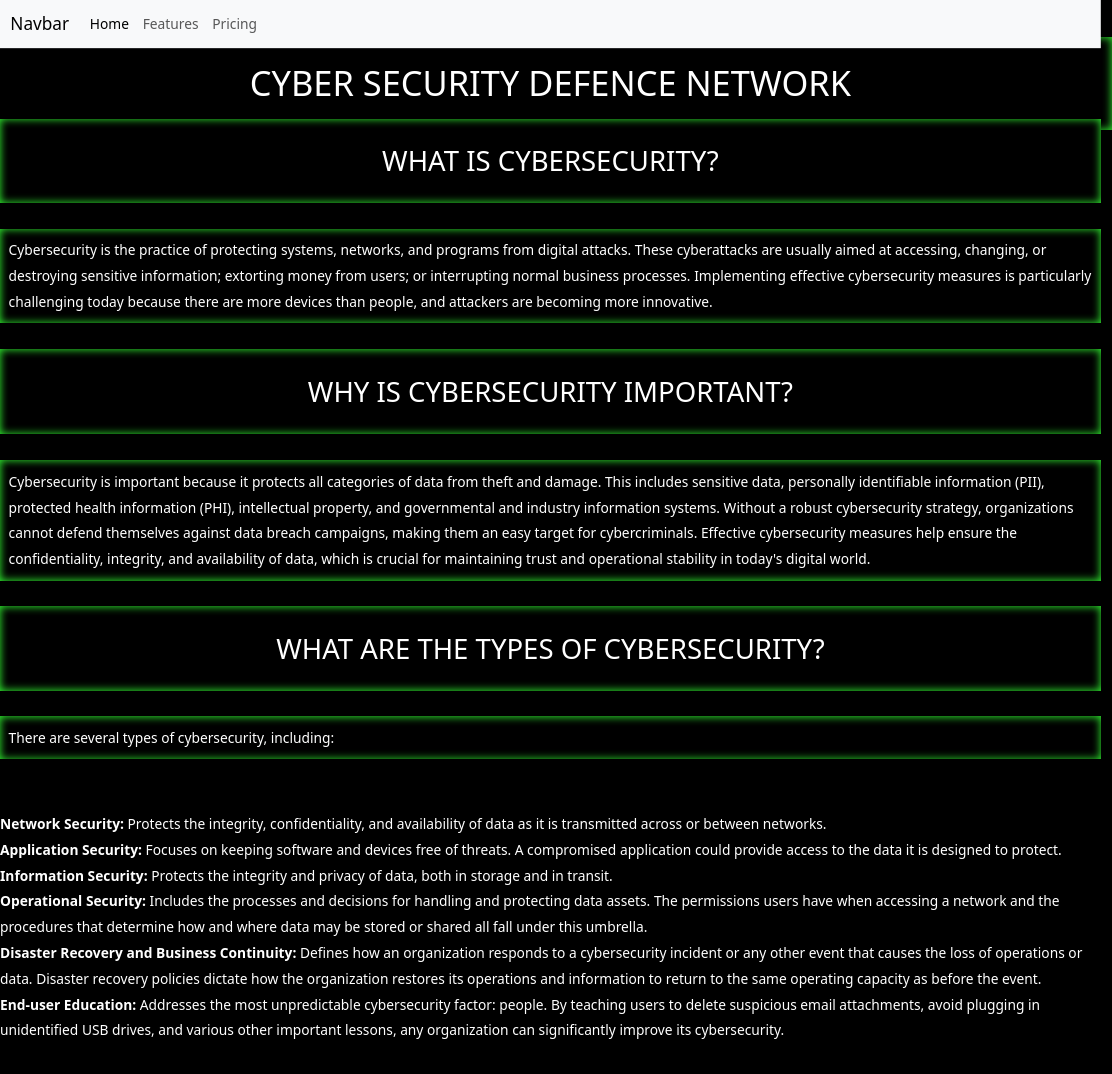
Repository: newworldhost/nwh
Page: index.html
An editor plug-in stored every save of this project. The page is shown before and after a run of saves, followed by the edit.
The browser window is 1280 px wide. The page is 1293 px wide, so the pictures cover 1293 px, including what lies to the right of the window. The pictures show the whole page, at 86% of full size.

Above is the page before, as saved 2025-03-04 16:08:42.

After the next 4 saves:
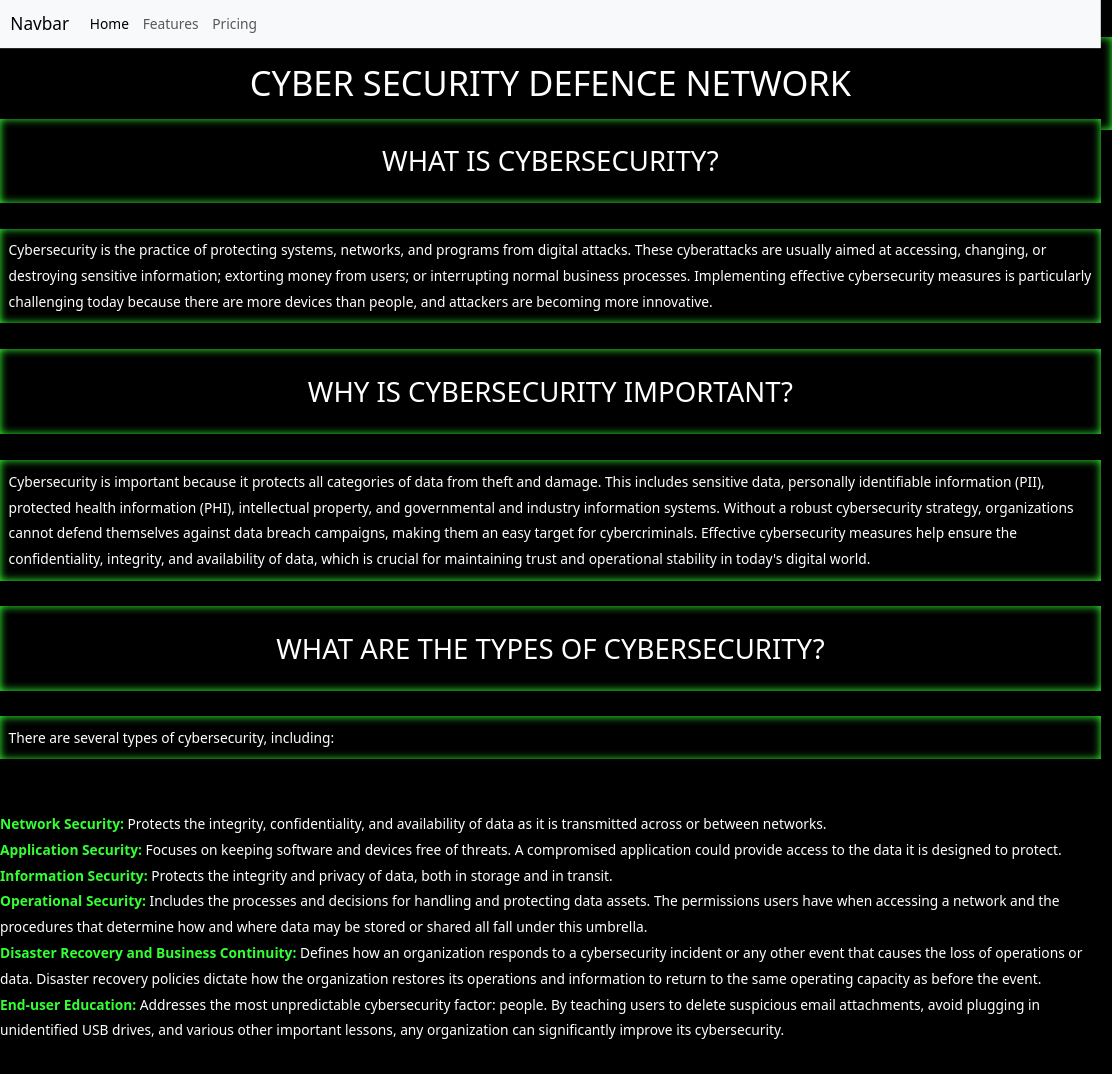
The 4 saves are shown as one change because they came seconds apart.
The last was saved 16 s later.
--- a/style.css
+++ b/style.css
@@ -36,4 +36,6 @@ ul {
     list-style-type: none;
     display: inline;
 }
+strong {
+    color:#33ff33;
 }
